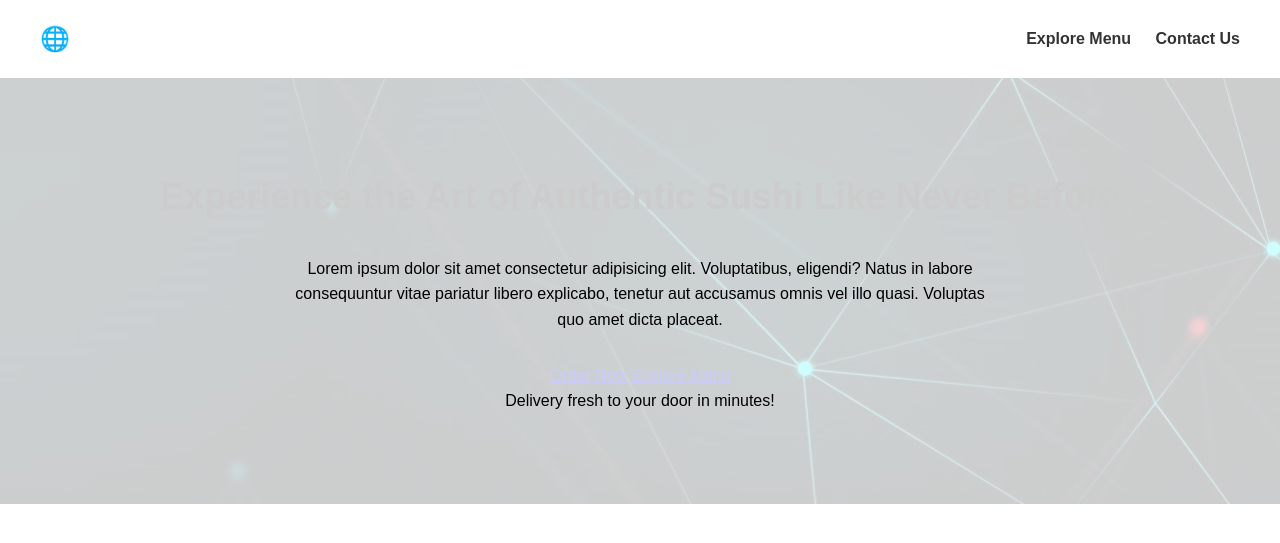
Repository: Femi007-gh/experience
Page: index.html
These files come from the project's save history. The page is drawn as it stood at one moment and after the next save; the edit follows.
The browser window is 1280 px wide. The pictures show the whole page.

Above is the page before, as saved 2025-01-16 06:54:31.

### index.html
<html>
  <head>
    <title></title>
    <link rel="stylesheet" href="style.css">
  </head>
  <body>
    <header>
      <div class="logo">🌐</div>
      <nav>
        <a href="#">Explore Menu</a>
        <a href="#">Contact Us</a>
      </nav>
    </header>
    <main>
      <section class="hero">
        <h1>Experience the Art of Authentic Sushi Like Never Before</h1>
        <p>Lorem ipsum dolor sit amet consectetur adipisicing elit. Voluptatibus, eligendi? Natus in labore consequuntur vitae pariatur libero explicabo, tenetur aut accusamus omnis vel illo quasi. Voluptas quo amet dicta placeat.</p>
        <div class="cta-buttons">
          <a href="#" class="btn-primary">Order Now</a>
          <a href="#" class="btn-secondary">Explore Menu</a>
        </div>
        <p class="delivery-info">Delivery fresh to your door in minutes!</p>
      </section>
    </main>
  </body>
</html>

### style.css
/* body or * */
body {
  padding: 0;
  margin: 0;
  background-color: white;
  font-family: Arial, Helvetica, sans-serif;
  line-height: 1.6;
}

header {
  display: flex;
  justify-content: space-between;
  align-items: center;
  padding: 20px 40px;
  background-color: #fff;
}

header .logo {
  font-size: 24px;
}

header nav a {
  text-decoration: none;
  margin-left: 20px;
  color: #333;
  font-weight: 600;
}

header nav a:hover {
  color: #0077b6;
}

.hero {
  text-align: center;
  padding: 60px 20px;
  background: #fff url('ART.jpg') no-repeat center;
  background-size: cover;
  position: relative;
}

.hero::before {
  content: "";
  position: absolute;
  top: 0;
  left: 0;
  width: 100%;
  height: 100%;
  background-color: rgba(255, 255, 255, 0.8);
}

.hero h1 {
  font-size: 36px;
  font-weight: 700;
  position:
}

.hero p {
  max-width: 700px;
  margin: 0 auto 30px;
  position: relative;
}

After the next save:
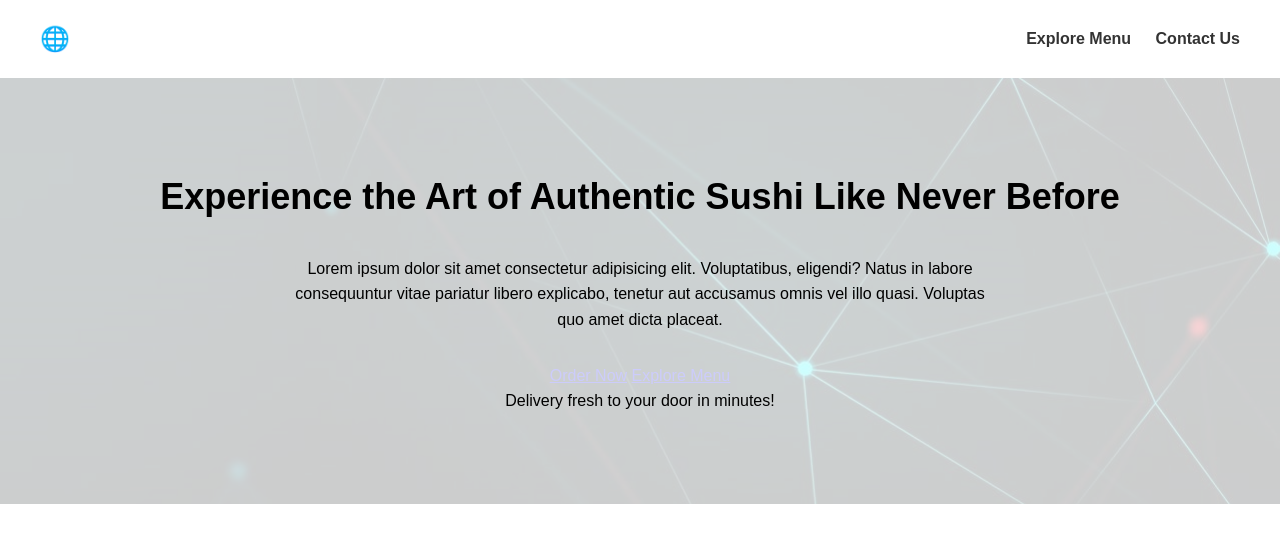
Saved 6 s later.
--- a/style.css
+++ b/style.css
@@ -51,7 +51,8 @@ header nav a:hover {
 .hero h1 {
   font-size: 36px;
   font-weight: 700;
-  position:
+  position: relative;
+
 }
 
 .hero p {
